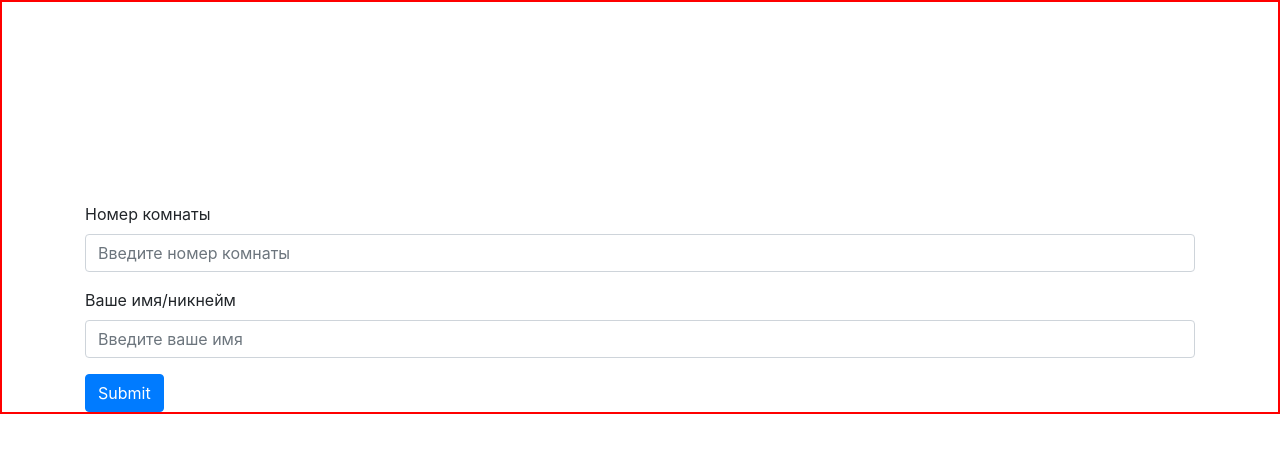
Repository: Hansol46/react-chat
Page: /
These files come from the project's save history. The page is drawn as it stood at one moment and after the next save; the edit follows.
The browser window is 1280 px wide. The pictures show the whole page.
The project was rebuilt for these pictures with package versions that can differ from the ones it lists, and the page was loaded fresh each time.

Above is the page before, as saved 2020-09-06 21:55:14.

### public/index.html
<!DOCTYPE html>
<html lang="en">
  <head>
    <meta charset="utf-8" />
    <link rel="icon" href="%PUBLIC_URL%/favicon.ico" />
    <meta name="viewport" content="width=device-width, initial-scale=1" />
    <meta name="theme-color" content="#000000" />
    <meta
      name="description"
      content="Web site created using create-react-app"
    />
    <link rel="apple-touch-icon" href="%PUBLIC_URL%/logo192.png" />
    <!--
      manifest.json provides metadata used when your web app is installed on a
      user's mobile device or desktop. See https://developers.google.com/web/fundamentals/web-app-manifest/
    -->
    <link rel="manifest" href="%PUBLIC_URL%/manifest.json" />
    <link rel="stylesheet"
    href="https://stackpath.bootstrapcdn.com/bootstrap/4.5.0/css/bootstrap.min.css"
    integrity="sha384-9aIt2nRpC12Uk9gS9baDl411NQApFmC26EwAOH8WgZl5MYYxFfc+NcPb1dKGj7Sk"
    crossorigin="anonymous">
    <!--
      Notice the use of %PUBLIC_URL% in the tags above.
      It will be replaced with the URL of the `public` folder during the build.
      Only files inside the `public` folder can be referenced from the HTML.

      Unlike "/favicon.ico" or "favicon.ico", "%PUBLIC_URL%/favicon.ico" will
      work correctly both with client-side routing and a non-root public URL.
      Learn how to configure a non-root public URL by running `npm run build`.
    -->
    <title>React App</title>
  </head>
  <body>
    <noscript>You need to enable JavaScript to run this app.</noscript>
    <div id="root"></div>
    <!--
      This HTML file is a template.
      If you open it directly in the browser, you will see an empty page.

      You can add webfonts, meta tags, or analytics to this file.
      The build step will place the bundled scripts into the <body> tag.

      To begin the development, run `npm start` or `yarn start`.
      To create a production bundle, use `npm run build` or `yarn build`.
    -->
  </body>
</html>

### src/App.js
import React from "react";
import "./App.css";
import io from "socket.io-client";

// const socket = io('http://localhost:9999')

function App() {
  const connectSocket = () => {
    io("http://localhost:9999");
  };

  return (
    <div className="App">
      <div className="container">
        <form>
          <div class="form-group">
            <label for="exampleInputEmail1"> Номер комнаты</label>
            <input
              type="text"
              class="form-control"
              id="exampleInputEmail1"
              aria-describedby="emailHelp"
              placeholder='Введите номер комнаты'
              required
            />
            {/* <small id="emailHelp" class="form-text text-muted">
              We'll never share your email with anyone else.
            </small> */}
          </div>
          <div class="form-group">
            <label for="exampleInputPassword1">Ваше имя/никнейм</label>
            <input
              type="password"
              class="form-control"
              id="exampleInputPassword1"
              placeholder='Введите ваше имя'
              required
            />
          </div>
          {/* <div class="form-group form-check">
            <input
              type="checkbox"
              class="form-check-input"
              id="exampleCheck1"
            />
            <label class="form-check-label" for="exampleCheck1">
              Check me out
            </label>
          </div> */}
          <button type="submit" class="btn btn-primary">
            Submit
          </button>
        </form>
      </div>
    </div>
  );
}

export default App;

### src/App.css
.App {
  border: 2px solid red;
  padding-top: 200px;
}

Loaded but not shown: src/index.js (common file); src/index.css (common file)

After the next save:
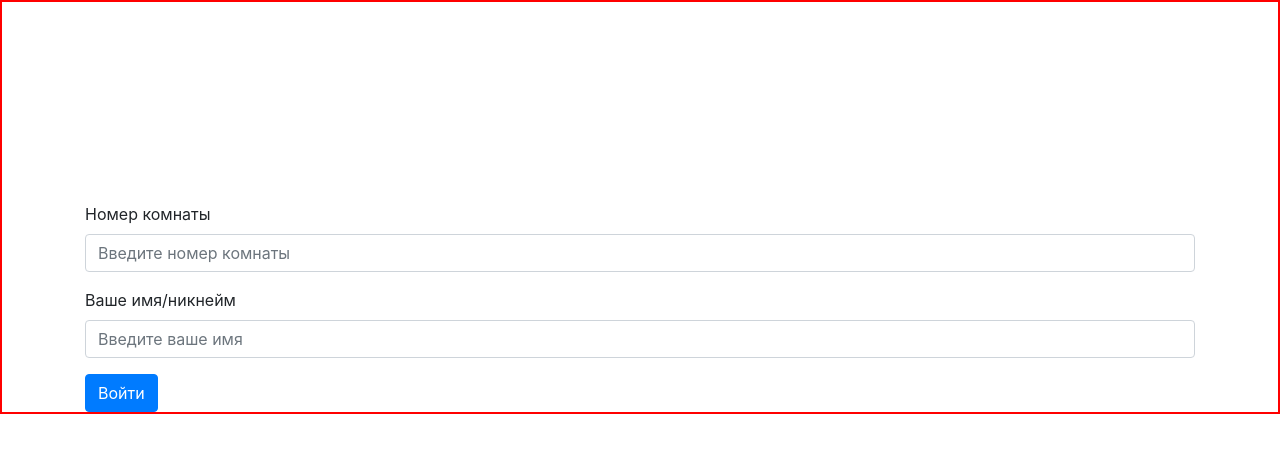
Saved 20 s later.
--- a/src/App.js
+++ b/src/App.js
@@ -48,7 +48,7 @@ function App() {
             </label>
           </div> */}
           <button type="submit" class="btn btn-primary">
-            Submit
+            Войти
           </button>
         </form>
       </div>
